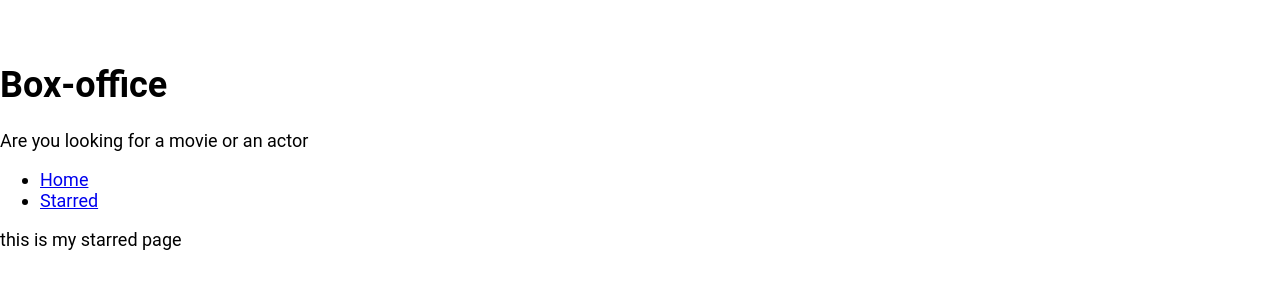
Repository: shivani5634/box-office
Page: /starred
These files come from the project's save history. The page is drawn as it stood at one moment and after the next save; the edit follows.
The browser window is 1280 px wide. The pictures show the whole page.
The project was rebuilt for these pictures with package versions that can differ from the ones it lists, and the page was loaded fresh each time. A package was used in the major version that the imports need, not the one package.json lists. Also part of the build but not shown: src/components/show/Cast.styled.js, src/components/show/Cast.js, src/components/show/Detailed.styled.js, src/components/show/Details.js, src/components/show/Seasons.styled.js, src/components/show/Seasons.js, src/components/styled.js, src/components/show/ShowMainData.styled.js and 3 more. Imported but missing from the stored project, and not drawn on this page: src/pages/Home.

Above is the page before, as saved 2021-07-29 15:05:40.

### src/index.js
import React from "react";
import ReactDOM from "react-dom";
import { BrowserRouter } from "react-router-dom";
import "./index.css";
import App from "./App";
import * as serviceWorkerRegistration from "./serviceWorkerRegistration";
// import reportWebVitals from './reportWebVitals';

ReactDOM.render(
  <BrowserRouter>
    <App />
  </BrowserRouter>,
  document.getElementById("root")
);

// If you want your app to work offline and load faster, you can change
// unregister() to register() below. Note this comes with some pitfalls.
// Learn more about service workers: https://cra.link/PWA
serviceWorkerRegistration.unregister();

// If you want to start measuring performance in your app, pass a function
// to log results (for example: reportWebVitals(console.log))
// or send to an analytics endpoint. Learn more: https://bit.ly/CRA-vitals
// reportWebVitals();

### src/App.js
import React from 'react';
import { Switch, Route } from 'react-router-dom';
// import Navs from './components/Navs';
import Home from './pages/Home';
import Show from './pages/Show';
import Starred from './pages/Starred';

function App() {
  return (
    <Switch>
      <Route exact path="/">
        <Home />
      </Route>
      <Route exact path="/starred">
        <Starred />
      </Route>
      <Route exact path="/show/:id">
        <Show />
      </Route>
      <Route>
        <div>not found</div>
      </Route>
    </Switch>
  );
}

export default App;

### src/serviceWorkerRegistration.js
// This optional code is used to register a service worker.
// register() is not called by default.

// This lets the app load faster on subsequent visits in production, and gives
// it offline capabilities. However, it also means that developers (and users)
// will only see deployed updates on subsequent visits to a page, after all the
// existing tabs open on the page have been closed, since previously cached
// resources are updated in the background.

// To learn more about the benefits of this model and instructions on how to
// opt-in, read https://cra.link/PWA

const isLocalhost = Boolean(
  window.location.hostname === 'localhost' ||
    // [::1] is the IPv6 localhost address.
    window.location.hostname === '[::1]' ||
    // 127.0.0.0/8 are considered localhost for IPv4.
    window.location.hostname.match(/^127(?:\.(?:25[0-5]|2[0-4][0-9]|[01]?[0-9][0-9]?)){3}$/)
);

export function register(config) {
  if (process.env.NODE_ENV === 'production' && 'serviceWorker' in navigator) {
    // The URL constructor is available in all browsers that support SW.
    const publicUrl = new URL(process.env.PUBLIC_URL, window.location.href);
    if (publicUrl.origin !== window.location.origin) {
      // Our service worker won't work if PUBLIC_URL is on a different origin
      // from what our page is served on. This might happen if a CDN is used to
      // serve assets; see https://github.com/facebook/create-react-app/issues/2374
      return;
    }

    window.addEventListener('load', () => {
      const swUrl = `${process.env.PUBLIC_URL}/service-worker.js`;

      if (isLocalhost) {
        // This is running on localhost. Let's check if a service worker still exists or not.
        checkValidServiceWorker(swUrl, config);

        // Add some additional logging to localhost, pointing developers to the
        // service worker/PWA documentation.
        navigator.serviceWorker.ready.then(() => {
          console.log(
            'This web app is being served cache-first by a service ' +
              'worker. To learn more, visit https://cra.link/PWA'
          );
        });
      } else {
        // Is not localhost. Just register service worker
        registerValidSW(swUrl, config);
      }
    });
  }
}

function registerValidSW(swUrl, config) {
  navigator.serviceWorker
    .register(swUrl)
    .then((registration) => {
      registration.onupdatefound = () => {
        const installingWorker = registration.installing;
        if (installingWorker == null) {
          return;
        }
        installingWorker.onstatechange = () => {
          if (installingWorker.state === 'installed') {
            if (navigator.serviceWorker.controller) {
              // At this point, the updated precached content has been fetched,
              // but the previous service worker will still serve the older
              // content until all client tabs are closed.
              console.log(
                'New content is available and will be used when all ' +
                  'tabs for this page are closed. See https://cra.link/PWA.'
              );

              // Execute callback
              if (config && config.onUpdate) {
                config.onUpdate(registration);
              }
            } else {
              // At this point, everything has been precached.
              // It's the perfect time to display a
              // "Content is cached for offline use." message.
              console.log('Content is cached for offline use.');

              // Execute callback
              if (config && config.onSuccess) {
                config.onSuccess(registration);
              }
            }
          }
        };
      };
    })
    .catch((error) => {
      console.error('Error during service worker registration:', error);
    });
}

function checkValidServiceWorker(swUrl, config) {
  // Check if the service worker can be found. If it can't reload the page.
  fetch(swUrl, {
    headers: { 'Service-Worker': 'script' },
  })
    .then((response) => {
      // Ensure service worker exists, and that we really are getting a JS file.
      const contentType = response.headers.get('content-type');
      if (
        response.status === 404 ||
        (contentType != null && contentType.indexOf('javascript') === -1)
      ) {
        // No service worker found. Probably a different app. Reload the page.
        navigator.serviceWorker.ready.then((registration) => {
          registration.unregister().then(() => {
            window.location.reload();
          });
        });
      } else {
        // Service worker found. Proceed as normal.
        registerValidSW(swUrl, config);
      }
    })
    .catch(() => {
      console.log('No internet connection found. App is running in offline mode.');
    });
}

export function unregister() {
  if ('serviceWorker' in navigator) {
    navigator.serviceWorker.ready
      .then((registration) => {
        registration.unregister();
      })
      .catch((error) => {
        console.error(error.message);
      });
  }
}

### src/pages/Starred.js
import React, { useState, useEffect } from 'react';
import MainPageLayout from '../components/MainPageLayout';
import { useShows } from '../misc/custom-hooks';
import { apiGet } from '../misc/config';

const Starred = () => {
  const [starred] = useShows();
  const [shows, setShows] = useState(null);
  const [isLoading, setIsLoading] = useState(true);
  const [error, setError] = useState(null);
  useEffect(() => {
    if (starred && starred.length > 0) {
      const promises = starred.map(showId => apiGet(`/shows/${showId}`));
      Promise.all(promises)
        .then(results => {
          // console.log('results', results);
          setShows(results);
          setIsLoading(false);
        })
        .catch(err => {
          setError(err.message);
          setIsLoading(false);
        });
    } else {
      setIsLoading(false);
    }
  }, [starred]);

  return <MainPageLayout>this is my starred page</MainPageLayout>;
};

export default Starred;

### src/misc/config.js
const API_BASE_URL = 'https://api.tvmaze.com';

export async function apiGet(queryString) {
  const response = await fetch(`${API_BASE_URL}${queryString}`).then(r =>
    r.json()
  );

  return response;
}

### src/components/MainPageLayout.js
import React from 'react';
import Title from './Title';
import Navs from './Navs';

const MainPageLayout = ({ children }) => {
  return (
    <div>
      <Title
        title="Box-office"
        subtitle="Are you looking for a movie or  an actor"
      />
      <Navs />
      {children}
    </div>
  );
};

export default MainPageLayout;

### src/misc/custom-hooks.js
import { useReducer, useEffect } from 'react';

function showReducer(prevState, action) {
  switch (action.type) {
    case 'ADD': {
      return [...prevState, action.showId];
    }
    case 'REMOVE': {
      return prevState.filter(showId => showId !== action.showId);
    }

    default:
      return prevState;
  }
}
function usePersistedReducer(reducer, initialState, key) {
  const [state, dispatch] = useReducer(reducer, initialState, initial => {
    const persisted = localStorage.getItem(key);
    return persisted ? JSON.parse(persisted) : initial;
  });

  useEffect(() => {
    localStorage.setItem(key, JSON.stringify(state));
  }, [state, key]);
  return [state, dispatch];
}

export function useShows(key = 'shows') {
  return usePersistedReducer(showReducer, [], key);
}

### src/components/Navs.js
import React from 'react';
import { Link } from 'react-router-dom';

const LINKS = [
  { to: '/', text: 'Home' },
  { to: '/starred', text: 'Starred' },
];

const Navs = () => {
  return (
    <div>
      <ul>
        {LINKS.map(items => (
          <li key={items.to}>
            <Link to={items.to}>{items.text}</Link>
          </li>
        ))}
      </ul>
    </div>
  );
};

export default Navs;

Loaded but not shown: public/index.html (common file); src/index.css (common file); src/components/Title.js (common file)

After the next save:
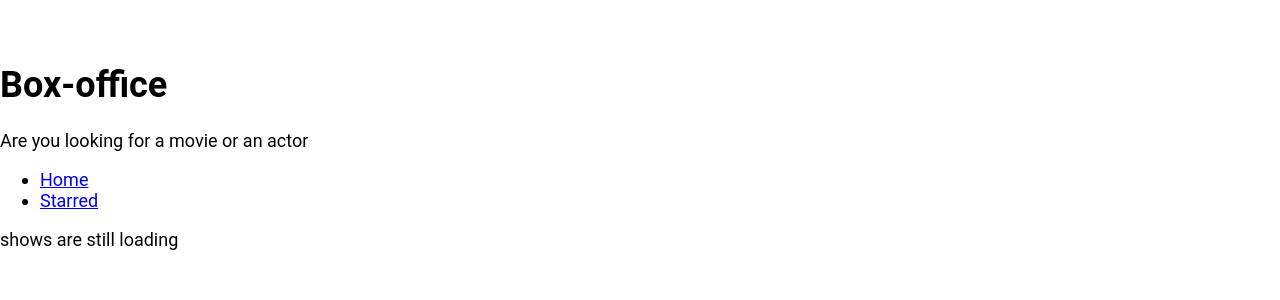
Saved 84 s later.
--- a/src/pages/Starred.js
+++ b/src/pages/Starred.js
@@ -26,7 +26,11 @@ const Starred = () => {
     }
   }, [starred]);
 
-  return <MainPageLayout>this is my starred page</MainPageLayout>;
+  return (
+    <MainPageLayout>
+      {setIsLoading && <div>shows are still loading</div>}
+    </MainPageLayout>
+  );
 };
 
 export default Starred;
